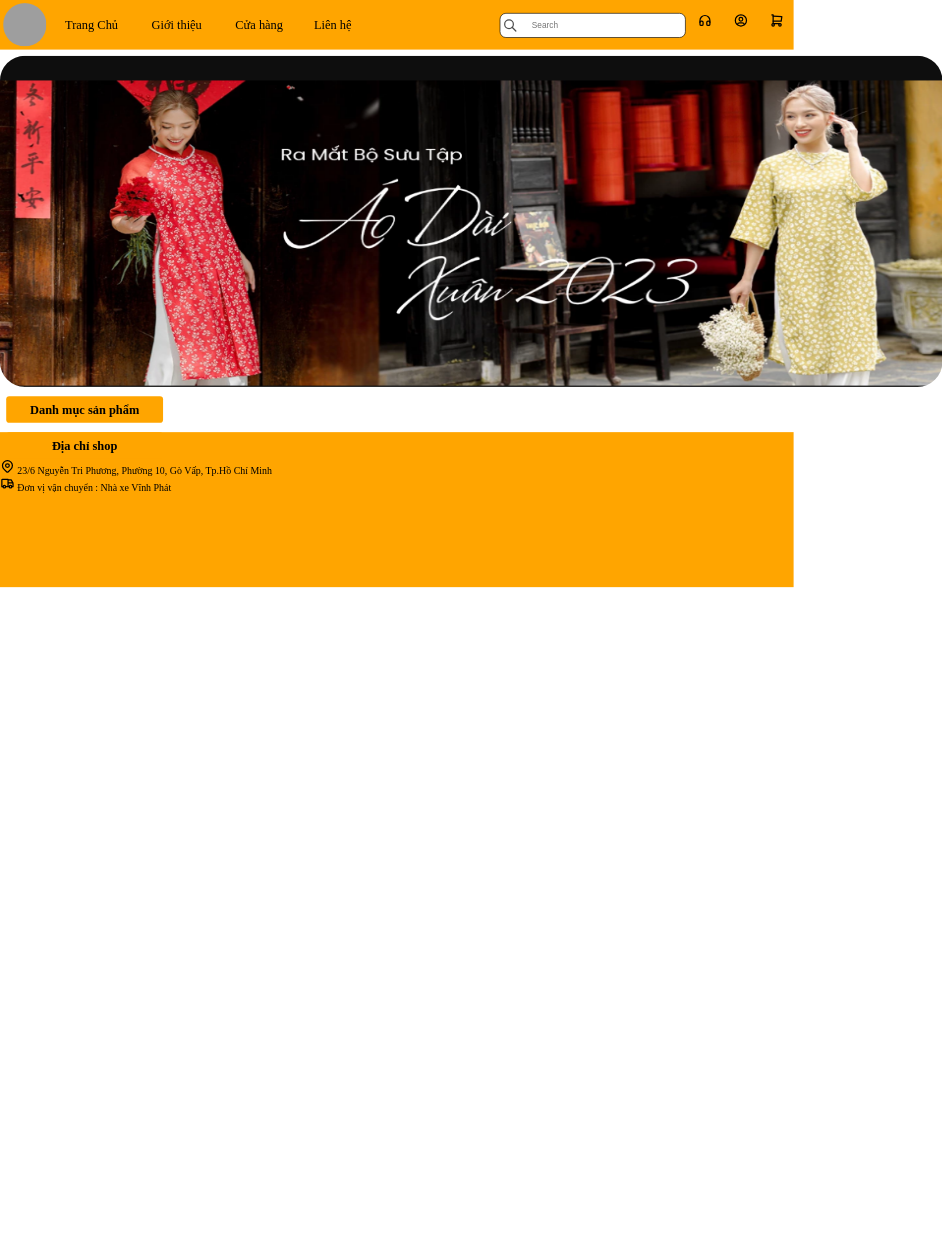
Repository: manhhieu120499/test-page
Page: index.html
These files come from the project's save history. The page is drawn as it stood at one moment and after the next save; the edit follows.
The browser window is 1280 px wide. The page is 1520 px wide, so the pictures cover 1520 px, including what lies to the right of the window. The pictures show the whole page, at 62% of full size.
Pictures or frames that could not be fetched are drawn as grey boxes.

Above is the page before, as saved 2023-01-12 00:17:54.

After the next save:
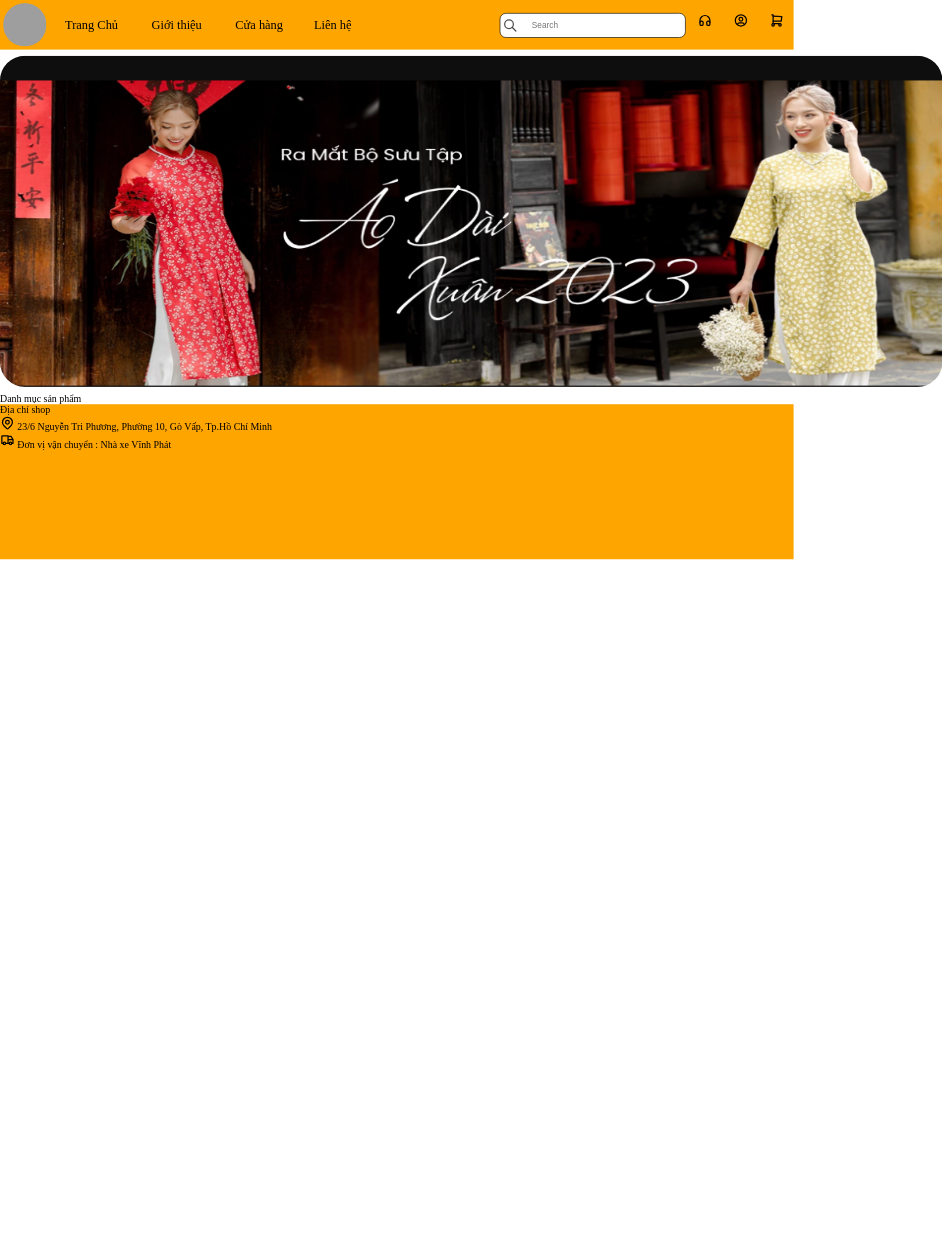
Saved 50 s later.
--- a/style.css
+++ b/style.css
@@ -71,7 +71,7 @@
     border-radius: 40px;
 }
 
-span {
+.shopspan {
     text-align: center;
     width: 253px;
     padding: 10px 0;

After the save that followed:
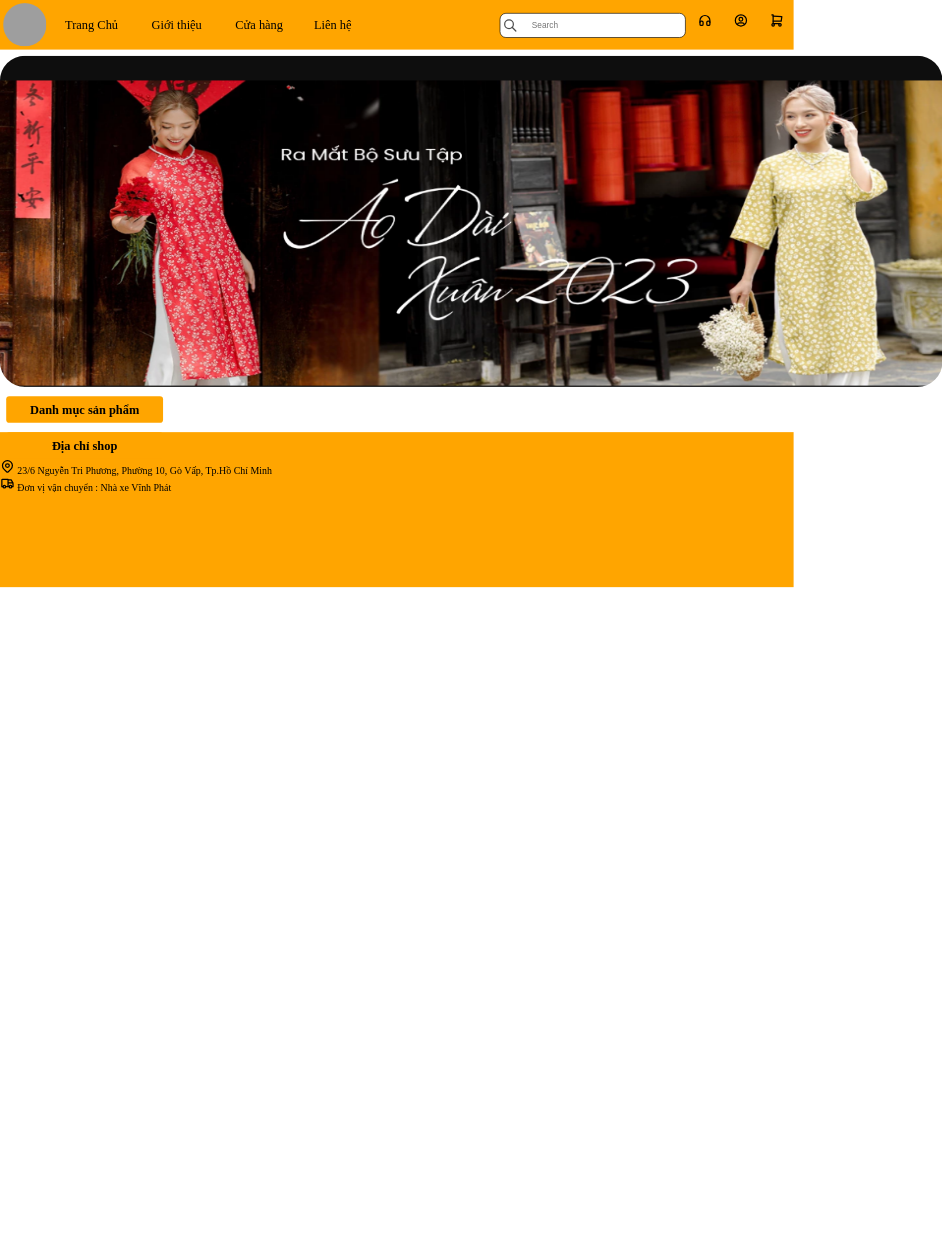
Saved 6 s later.
--- a/style.css
+++ b/style.css
@@ -71,7 +71,7 @@
     border-radius: 40px;
 }
 
-.shopspan {
+span {
     text-align: center;
     width: 253px;
     padding: 10px 0;
